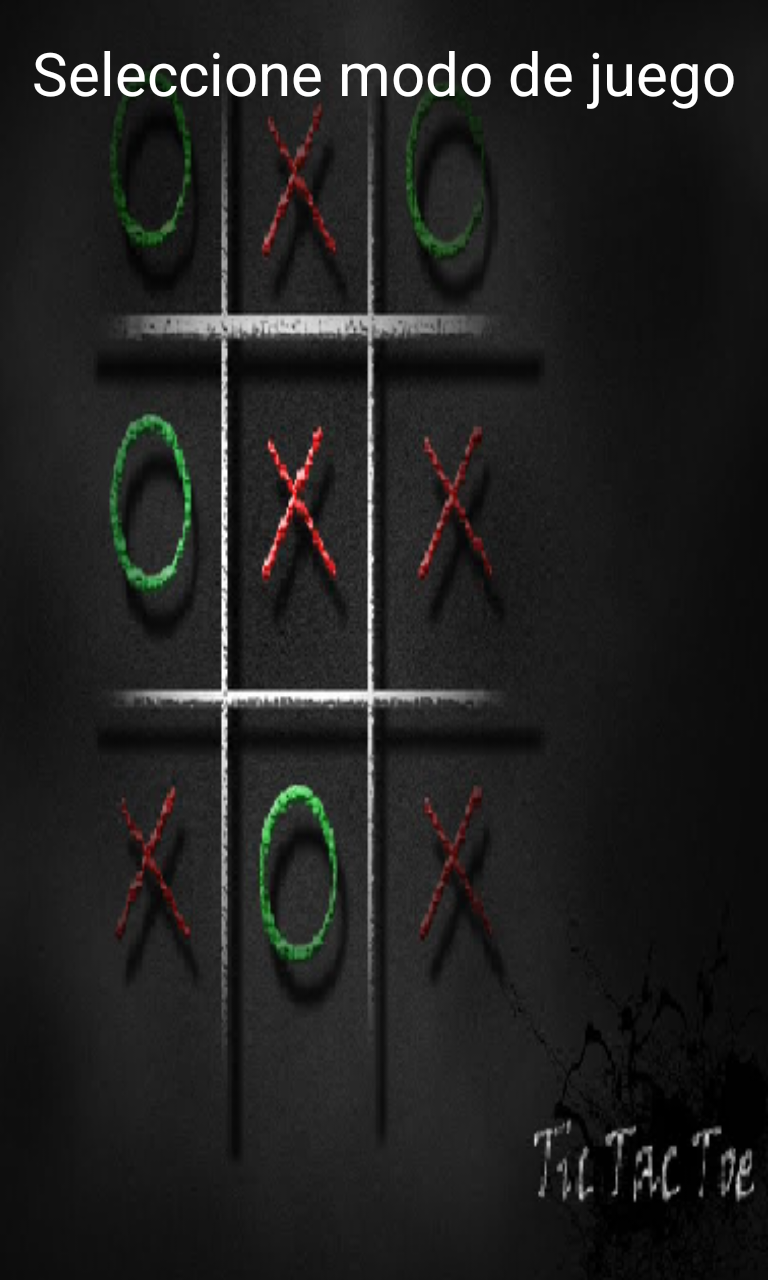
Repository: ivan-yc/miProyecto
Layout: TresEnRaya/res/layout/activity_main.xml
The author's editor kept a copy of each file at every save. The layout is drawn from the files as they stood at one save, then again after the next save.
It is drawn on a 768 x 1280 px phone screen (xhdpi) without system bars, with theme AppTheme; the app's code is not run.

Above is the layout before, as saved 2013-05-16 20:04:45.

After the next save:
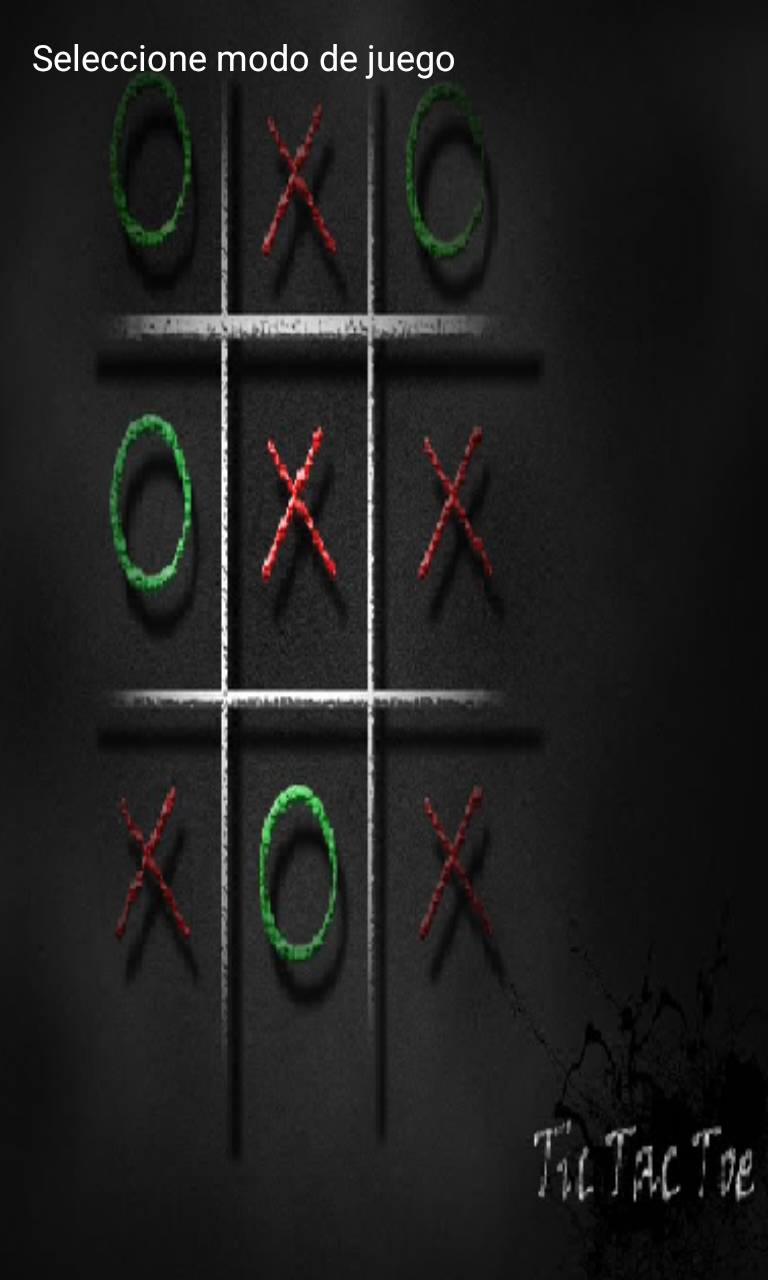
Saved 6 s later.
--- a/TresEnRaya/res/layout/activity_main.xml
+++ b/TresEnRaya/res/layout/activity_main.xml
@@ -17,7 +17,7 @@
         android:layout_alignParentTop="true"
         android:text="Seleccione modo de juego"
         android:textColor="#FFFFFF"
-        android:textSize="30dp"
+        android:textSize="18dp"
         android:textAppearance="?android:attr/textAppearanceLarge" />
 
 </RelativeLayout>
